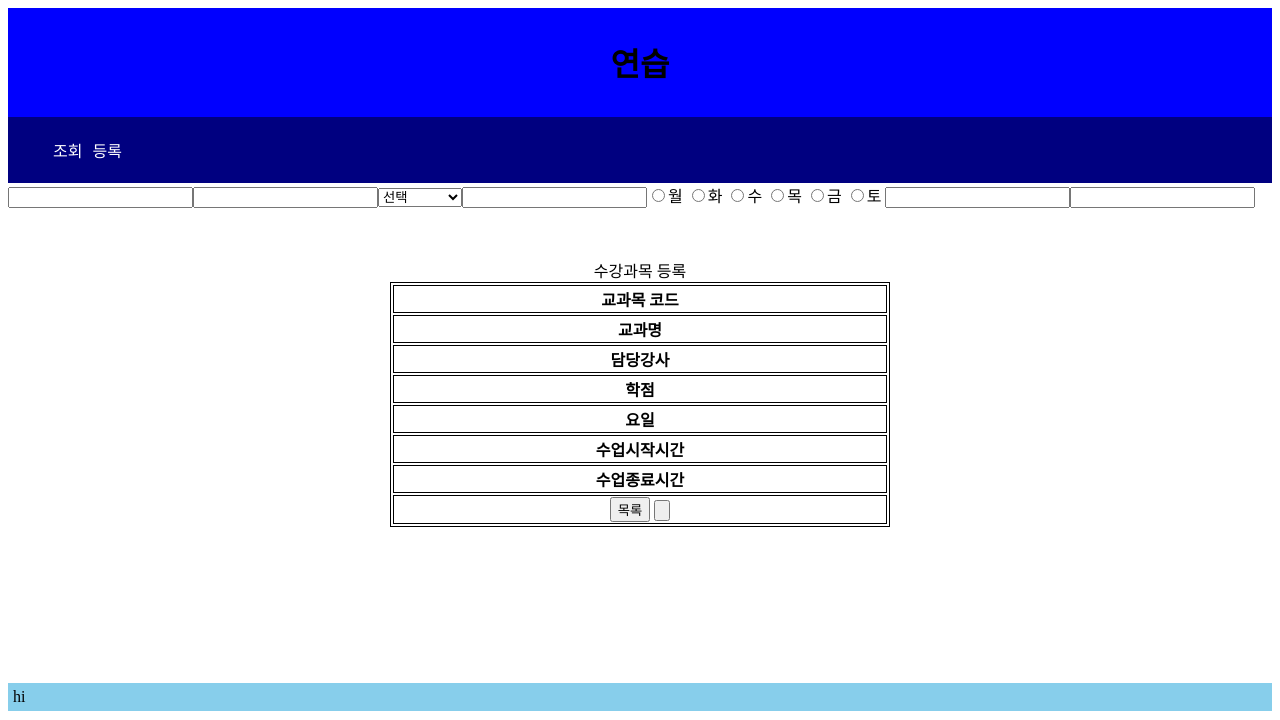
Repository: hoger96/java
Page: http://localhost/HY/reg
These files come from the project's save history. The page is drawn as it stood at one moment and after the next save; the edit follows.
The browser window is 1280 px wide. The pictures show the whole page.
The page is served by Tomcat 9.

Above is the page before, as saved 2023-02-02 08:49:45.

After the next save:
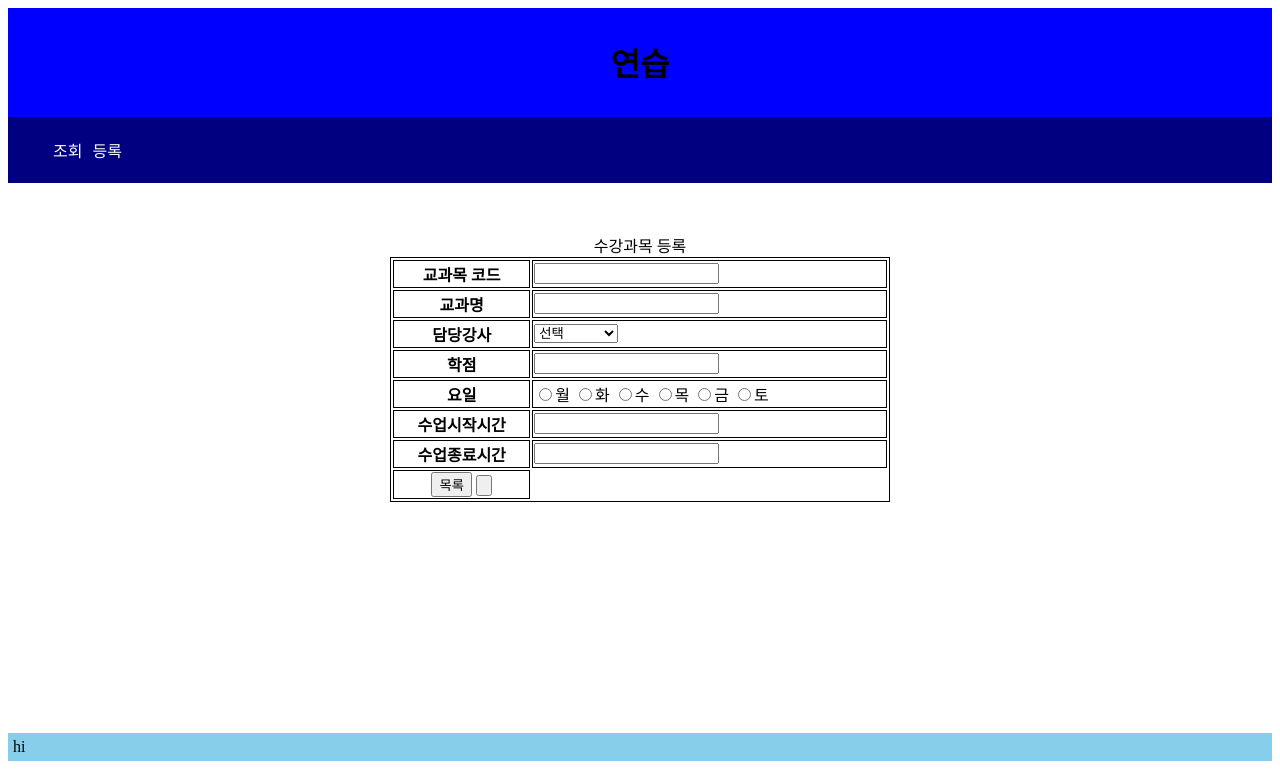
Saved 2 min 21 s later.
--- a/HY/src/main/webapp/WEB-INF/views/reg.jsp
+++ b/HY/src/main/webapp/WEB-INF/views/reg.jsp
@@ -42,45 +42,49 @@ function save(){
 			<caption>수강과목 등록</caption>
 			<tr>
 				<td class="main">교과목 코드</td>
-				<input type="text" name="s_id">
+				<td><input type="text" name="s_id"></td>
 			</tr>
 			<tr>
 				<td class="main">교과명</td>
-				<input type="text" name="s_name">
+				<td><input type="text" name="s_name"></td>
 			</tr>
 			<tr>
 				<td class="main">담당강사</td>
-				<select name="t_id">
-					<option value="">선택</option>
-					<option value="1">정국교수</option>
-					<option value="2">뷔교수</option>
-					<option value="3">지민교수</option>
-					<option value="4">제이홉교수</option>
-					<option value="5">슈가교수</option>
-					<option value="6">진교수</option>
-					<option value="7">RM교수</option>
-				</select>
+				<td>
+					<select name="t_id">
+						<option value="">선택</option>
+						<option value="1">정국교수</option>
+						<option value="2">뷔교수</option>
+						<option value="3">지민교수</option>
+						<option value="4">제이홉교수</option>
+						<option value="5">슈가교수</option>
+						<option value="6">진교수</option>
+						<option value="7">RM교수</option>
+					</select>
+				</td>
 			</tr>
 			<tr>
 				<td class="main">학점</td>
-				<input type="text" name="s_grade">
+				<td><input type="text" name="s_grade"></td>
 			</tr>
 			<tr>
 				<td class="main">요일</td>
-				<input type="radio" name="weekday" value="M">월
-				<input type="radio" name="weekday" value="TU">화
-				<input type="radio" name="weekday" value="W">수
-				<input type="radio" name="weekday" value="TH">목
-				<input type="radio" name="weekday" value="F">금
-				<input type="radio" name="weekday" value="S">토
+				<td>
+					<input type="radio" name="weekday" value="M">월
+					<input type="radio" name="weekday" value="TU">화
+					<input type="radio" name="weekday" value="W">수
+					<input type="radio" name="weekday" value="TH">목
+					<input type="radio" name="weekday" value="F">금
+					<input type="radio" name="weekday" value="S">토
+				</td>
 			</tr>
 			<tr>
 				<td class="main">수업시작시간</td>
-				<input type="text" name="start_h">
+				<td><input type="text" name="start_h"></td>
 			</tr>
 			<tr>
 				<td class="main">수업종료시간</td>
-				<input type="text" name="end_h">
+				<td><input type="text" name="end_h"></td>
 			</tr>
 			<tr>
 				<td class="main" colsphan="2">
